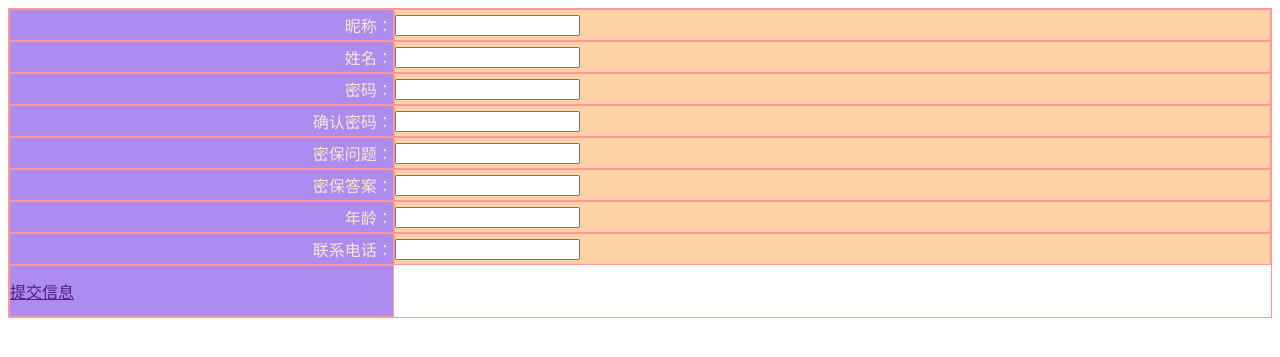
Repository: ljx1197678031/Wed-Design
Page: practice/2.html
These files come from the project's save history. The page is drawn as it stood at one moment and after the next save; the edit follows.
The browser window is 1280 px wide. The pictures show the whole page.

Above is the page before, as saved 2020-06-03 16:34:01.

### practice/2.html
<!DOCTYPE html>
<html lang="en">
<head>
    <meta charset="UTF-8">
    <meta name="viewport" content="width=device-width, initial-scale=1.0">
    <title>Document</title>

    <style>
        table td:nth-of-type(odd){
            background: #AD8CF2;
            color:rgb(247, 230, 206);
        }
        table td:nth-of-type(even){
            background: #FFD2A6;
        }
        @-webkit-keyframes 'buttonLight' {
            form {
                background: rgba(96,203,27,0.5);
                -webkit-box-shadow:0 0 5px reba(255,255,255,0.3) inset,
                0 0 3px regb(220 120 200 0.5);
                color: red;
            }
            25% {
                background: rgba(196,203,27,0.8);
                -webkit-box-shadow:0 0 10px reba(255,155,255,0.5) inset,
                0 0 8px regb(120 120 200 0.8);
                color:blue;
            }
            50% {
                background: rgba(196,203,127,1);
                -webkit-box-shadow:0 0 5px reba(155,255,255,0.3) inset,
                0 0 3px regb(220 120 100 1);
                color:orange;
            }
            75% {
                background: rgba(196,203,27,0.8);
                -webkit-box-shadow:0 0 10px reba(255,155,255,0.5) inset,
                0 0 8px regb(120 120 200 0.5);
                color: black;
            }
            to {
                background:rgba(96,203,27,0.5);
                -webkit-box-shadow:0 0 5px reba(255,255,255,0.3) inset,
                0 0 3px regb(220 120 200 0.5);
                color:green;
            }
        }
        a.btn{
            background: #60;
        }
    </style>

</head>
<body>
    <form action="#" method="post">
        <table border="1" width="100%" cellpadding="0" cellspacing="0"
            bordercolor="#FF9999" bordercolordark="#0033FF"
            bordercolorlight="#CC99FF">
            <tr>
                <td align="right" height="30px">昵称：</td>
                <td><input name="nickname" type="text"/></td>
            </tr>
            <tr>
                <td align="right" height="30px">姓名：</td>
                <td><input name="nickname" type="text"/></td>
            </tr>
            <tr>
                <td align="right" height="30px">密码：</td>
                <td><input name="nickname" type="text"/></td>
            </tr>
            <tr>
                <td align="right" height="30px">确认密码：</td>
                <td><input name="nickname" type="text"/></td>
            </tr>
            <tr>
                <td align="right" height="30px">密保问题：</td>
                <td><input name="nickname" type="text"/></td>
            </tr>
            <tr>
                <td align="right" height="30px">密保答案：</td>
                <td><input name="nickname" type="text"/></td>
            </tr>
            <tr>
                <td align="right" height="30px">年龄：</td>
                <td><input name="nickname" type="text"/></td>
            </tr>
            <tr>
                <td align="right" height="30px">联系电话：</td>
                <td><input name="nickname" type="text"/></td>
            </tr>
            <tr>
                <td height="50px"><a href="" class="btn">提交信息</td>
            </tr>
        </table>
    </form>
</body>
</html>

After the next save:
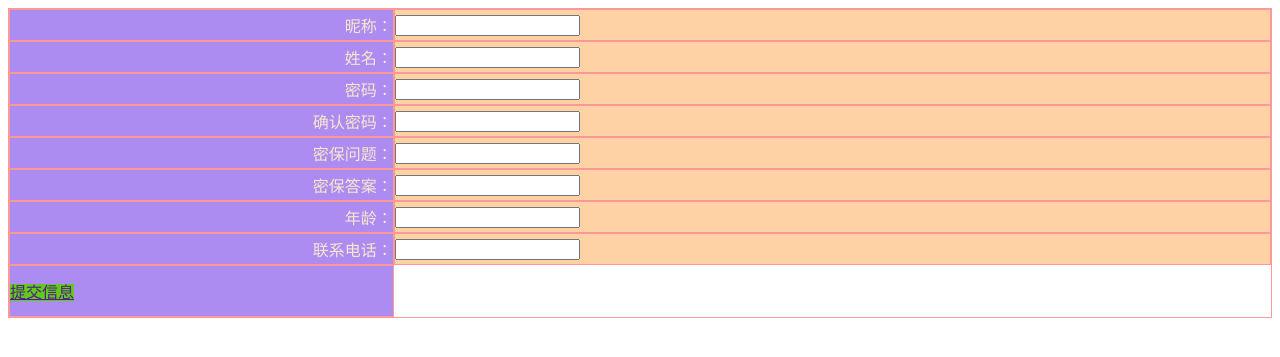
Saved 5 s later.
--- a/practice/2.html
+++ b/practice/2.html
@@ -46,7 +46,7 @@
             }
         }
         a.btn{
-            background: #60;
+            background: #60cb1b;
         }
     </style>
 

After the save that followed:
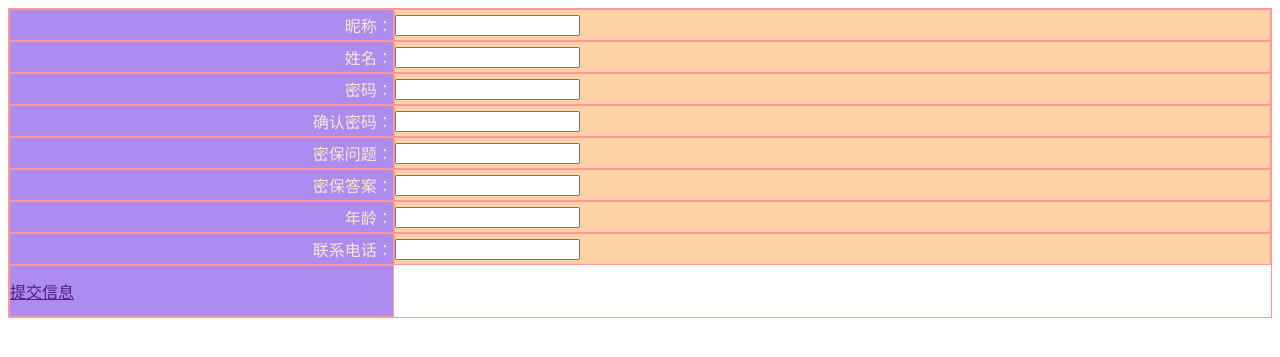
Saved 5 s later.
--- a/practice/2.html
+++ b/practice/2.html
@@ -46,7 +46,7 @@
             }
         }
         a.btn{
-            background: #60cb1b;
+            background: ;
         }
     </style>
 
